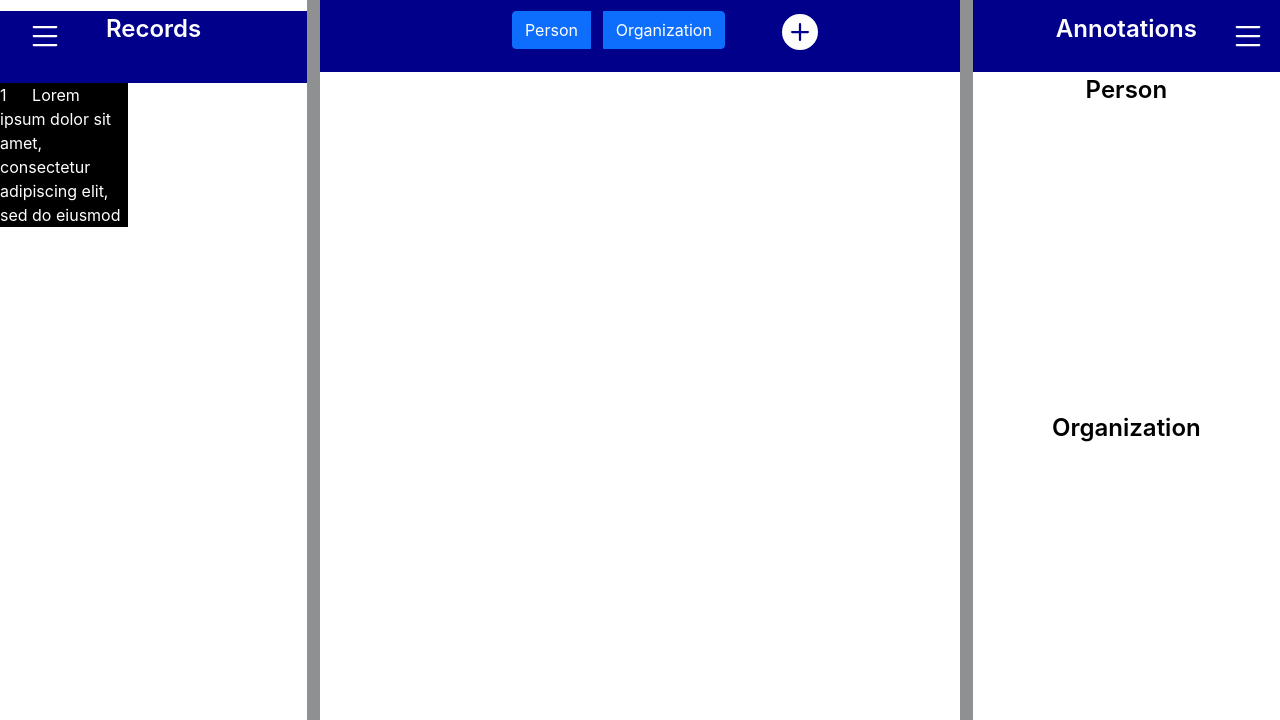
Repository: napan24/classforma_assignment
Page: / (app in client/)
An editor plug-in stored every save of this project. The page is shown before and after the next save, followed by the edit.
The browser window is 1280 px wide. The pictures show the whole page.
The project was rebuilt for these pictures with package versions that can differ from the ones it lists, and the page was loaded fresh each time. Also part of the build but not shown: client/src/App.css.

Above is the page before, as saved 2022-07-20 18:49:35.

After the next save:
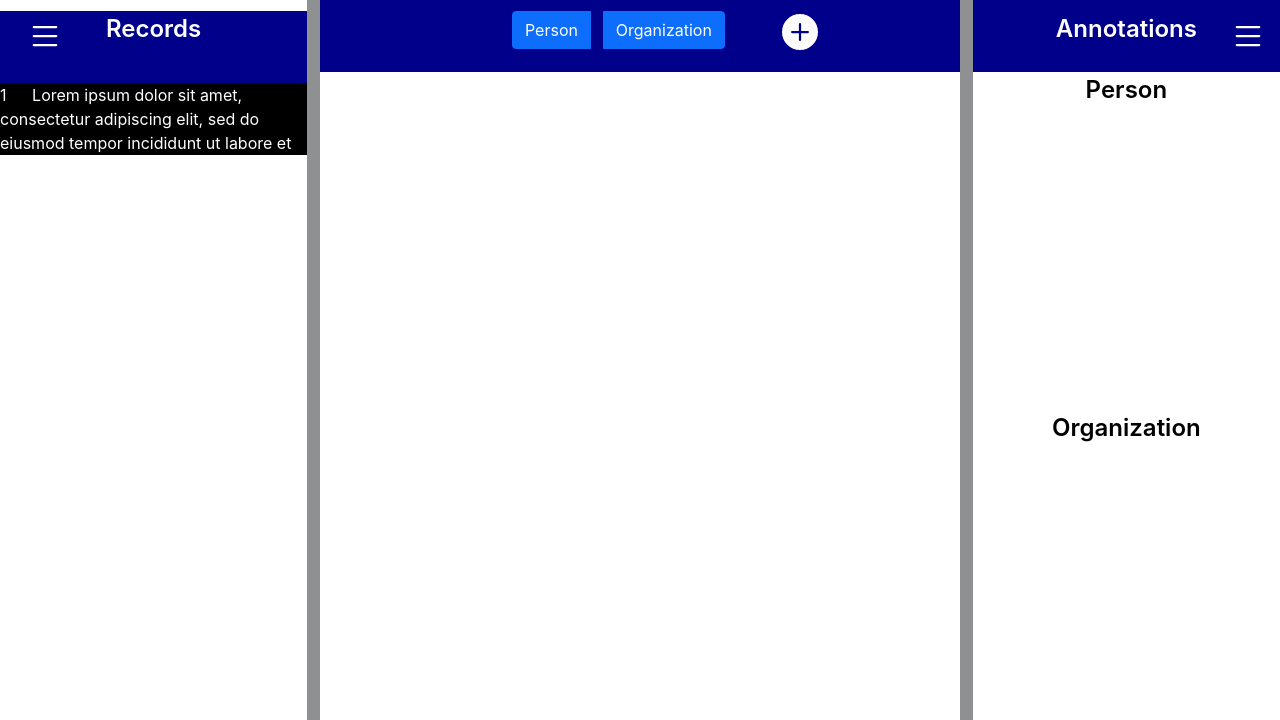
Saved 7 s later.
--- a/client/src/Home.js
+++ b/client/src/Home.js
@@ -107,7 +107,7 @@ const Home = () => {
                     <svg onClick={() => { showLeftComponent() }} style={{ width: "5vw", height: "5vh", position: 'absolute', left: "1vw", top: "2.5vh", color: 'white' }} xmlns="http://www.w3.org/2000/svg" fill="currentColor" class="bi bi-list" viewBox="0 0 16 16">
                         <path fill-rule="evenodd" d="M2.5 12a.5.5 0 0 1 .5-.5h10a.5.5 0 0 1 0 1H3a.5.5 0 0 1-.5-.5zm0-4a.5.5 0 0 1 .5-.5h10a.5.5 0 0 1 0 1H3a.5.5 0 0 1-.5-.5zm0-4a.5.5 0 0 1 .5-.5h10a.5.5 0 0 1 0 1H3a.5.5 0 0 1-.5-.5z" />
                     </svg>
-                    <div style={{ width: "10vw", height: "20vh", backgroundColor: "black",overflow:"hidden",color:"white" }}>
+                    <div style={{ width: "24vw", height: "10vh", backgroundColor: "black",overflow:"hidden",color:"white" }}>
                         <span>
                             1
                         </span>
